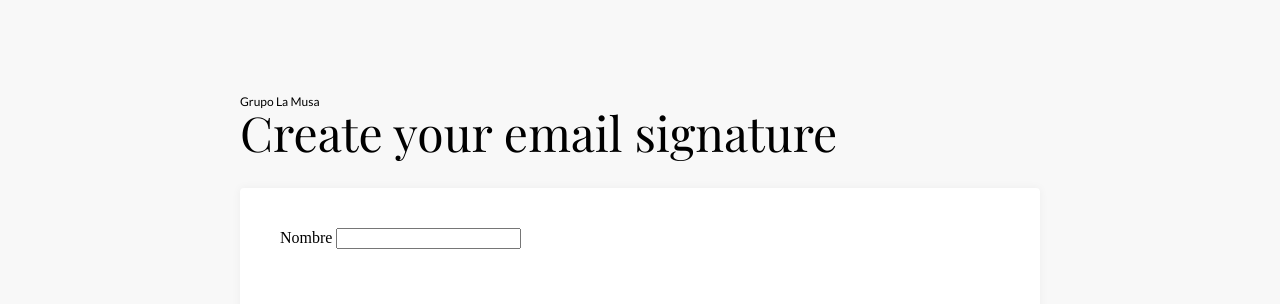
Repository: beltranrengifo/signature-planta
Page: /
The author's editor kept a copy of each file at every save. The page is drawn from the files as they stood at one save, then again after the next save.
The browser window is 1280 px wide. The pictures show the whole page.
The project was rebuilt for these pictures with package versions that can differ from the ones it lists, and the page was loaded fresh each time. Also part of the build but not shown: vue.config.js.

Above is the page before, as saved 2019-08-30 16:45:11.

After the next save:
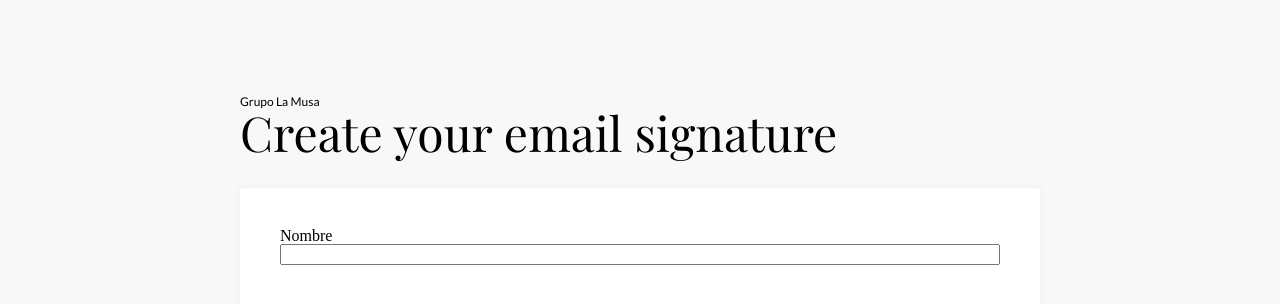
Saved 42 s later.
--- a/src/components/SignatureGenerator.vue
+++ b/src/components/SignatureGenerator.vue
@@ -1,6 +1,6 @@
 <template>
   <div class="form__container">
-    <div class="form-item">
+    <div class="form__item">
       <label for="name">
         Nombre
       </label>
@@ -20,5 +20,9 @@
     &__container {
       padding: 40px;
     }
+    &__item {
+      display: flex;
+      flex-direction: column;
+    }
   }
 </style>
